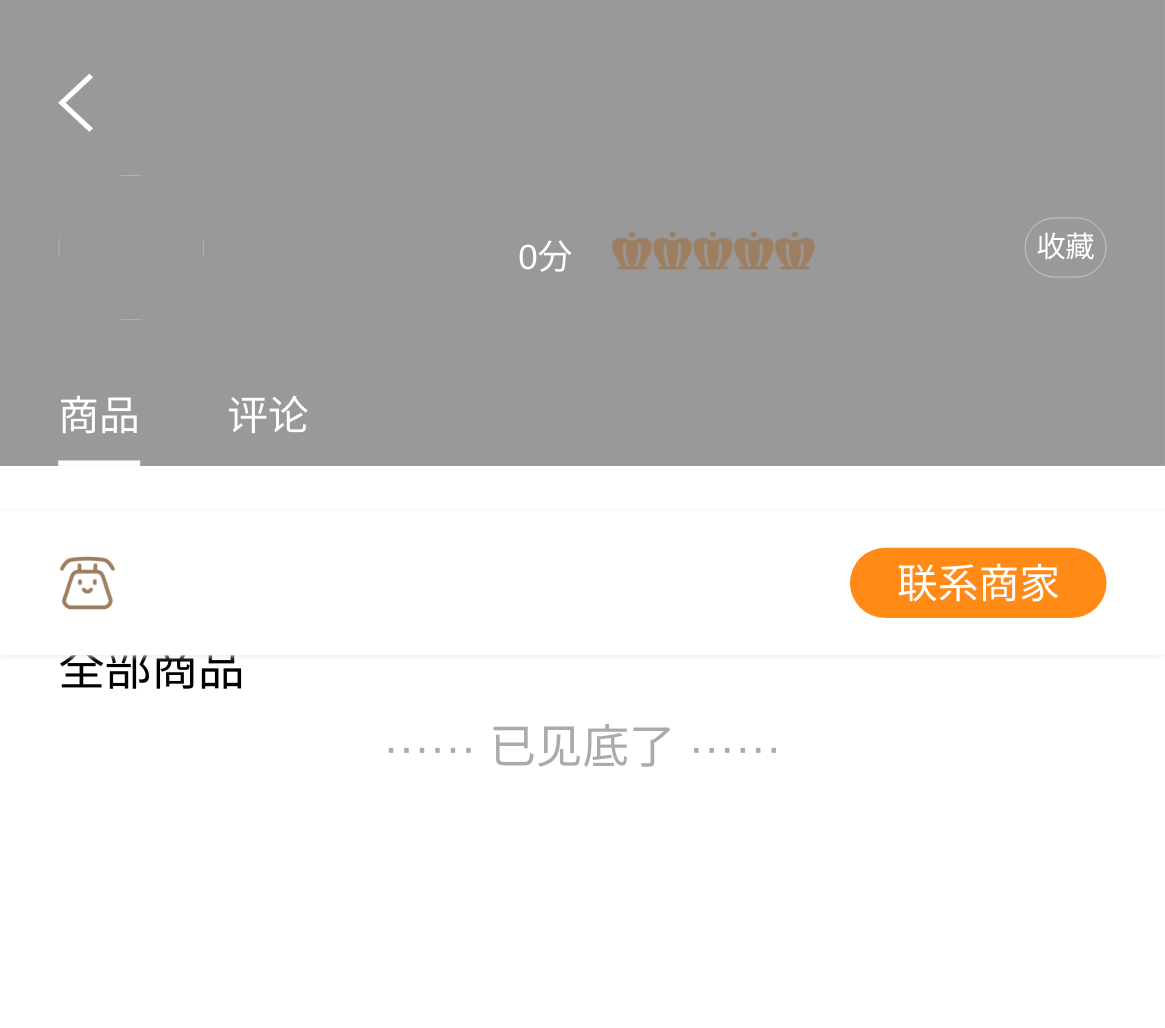
Repository: missing-star/rockBridge
Page: shop-detail.html
These files come from the project's save history. The page is drawn as it stood at one moment and after the next save; the edit follows.
The browser window is 1280 px wide. The pictures show the whole page, at 91% of full size.
The page's requests for data from a server got no answer.

Above is the page before, as saved 2019-05-23 15:38:02.

### shop-detail.html
<!DOCTYPE html>
<html lang="en">

<head>
    <meta charset="UTF-8">
    <meta name="viewport" content="width=device-width, initial-scale=1.0, user-scalable=no,maximum-scale=1.0">
    <meta http-equiv="X-UA-Compatible" content="ie=edge">
    <meta http-equiv="Expires" content="0">
    <meta http-equiv="Pragma" content="no-cache">
    <meta http-equiv="Cache-control" content="no-cache">
    <meta http-equiv="Cache" content="no-cache">
    <link rel="stylesheet" href="assets/mui/css/mui.min.css?v=1.2.6">
    <link rel="stylesheet" href="css/common.css?v=1.2.6">
    <link rel="stylesheet" href="css/shop-detail.css?v=1.2.6">
    <title>叠石桥</title>
    <!--
        店铺详情
    -->
</head>

<body>
    <div id="app">
        <!--顶部搜索栏-->
        <header class="mui-bar mui-bar-nav">
            <div class="bg-black">
                <div class="search-group">
                    <i onclick="goBack()" class="mui-icon mui-icon-arrowleft"></i>
                </div>
                <div class="shop-info">
                    <img :src="shopInfo.images" alt="" class="shop-logo">
                    <div class="shop-title">
                        <p class="shop-name">{{shopInfo.title}}</p>
                        <p class="shop-level">
                            <span class="shop-score">{{score}}分</span>
                            <span class="shop-level-icon">
                                <img v-for="n in score" class="img-level" src="imgs/crown-active.png" alt="">
                                <img class="img-level" v-for="n in (5-score)" src="imgs/crown.png" alt="">
                            </span>
                        </p>
                    </div>
                    <button @click="collect(isCollection)" class="follow" :class="{active:isCollection}">
                        <template v-if="isCollection == 1">已收藏</template>
                        <template v-else>收藏</template>
                    </button>
                </div>
                <ul class="tab-list">
                    <li class="tab-item active" data-tab-id="0">商品</li>
                    <li class="tab-item" data-tab-id="1">评论</li>
                </ul>
            </div>
        </header>
        <div class="mui-content">
            <div class="tab-content" :class="{active:showTab == 0}">
                <!--人气推荐-->
                <p class="business-top-title">
                    人气推荐
                </p>
                <div class="slider-business">
                    <div @click="getDetail(shops.id)" v-for="shops in hotList" class="slider-business-item">
                        <img :src="shops.images | filterImg" />
                        <p class="business-item-title ellipsis">{{shops.title}}</p>
                        <p class="business-item-content">{{shops.price}}</p>
                    </div>
                </div>
                <!--全部商品-->
                <p class="class-title">全部商品</p>
                <div class="have-good-goods">
                    <div @click="getDetail(shops.id)" v-for="shops in allList" class="goods-item">
                        <img class="goods-img" :src="shops.images | filterImg" />
                        <div class="goods-info">
                            <p>
                                <span class="ellipsis">{{shops.title}}</span>
                                <span class="eye-container"><img class="view-num"
                                        src="imgs/eye.png" />{{shops.click_num}}</span>
                            </p>
                            <p>
                                <span class="goods-price">￥ {{shops.price}}</span>
                                <button class="reserve">查看</button>
                            </p>
                        </div>
                    </div>
                </div>
                <div class="bottom-line">
                    ······ 已见底了 ······
                </div>
            </div>
            <div class="tab-content goods" :class="{active:showTab == 1}">
                <div class="comments-score">
                    <div class="score-show">
                        <p class="score">{{commentsInfo.shop_review}}</p>
                        <p class="title">综合评分</p>
                    </div>
                    <div class="star-container">
                        <p class="score-star">
                            <span class="title">评分</span>
                            <img class="comments-icon" v-for="n in commentsInfo.shop_review" src="imgs/star-high.png"
                                alt="">
                            <img class="comments-icon" v-for="n in (5 - commentsInfo.shop_review)" src="imgs/star.png"
                                alt="">
                            <span class="num">{{commentsInfo.shop_review}}</span>
                        </p>
                        <p class="score-star">
                            <span class="title">服务</span>
                            <img class="comments-icon" v-for="n in commentsInfo.shop_quality" src="imgs/star-high.png"
                                alt="">
                            <img class="comments-icon" v-for="n in (5 - commentsInfo.shop_quality)" src="imgs/star.png"
                                alt="">
                            <span class="num">{{commentsInfo.shop_quality}}</span>
                        </p>
                    </div>
                    <div class="good-percent">
                        <p class="number">{{commentsInfo.service_ratio}}%</p>
                        <p class="title">好评率</p>
                    </div>
                </div>
                <!--
                    评论列表
                -->
                <ul class="comments-list">
                    <li v-for="item in commentsList" class="comments-item">
                        <div class="user-info">
                            <div class="left-part">
                                <img :src="item.hed_images" alt="" class="user-logo">
                                <p class="user-nickname">
                                    <span class="username">{{item.nickname}}</span>
                                    <span class="score">
                                        评分
                                        <img v-for="n in item.service" class="comments-icon" src="imgs/star-high.png"
                                            alt="">
                                        <img class="comments-icon" v-for="n in (5 - item.service)" src="imgs/star.png"
                                            alt="">
                                    </span>
                                </p>
                            </div>
                            <div class="right-part">
                                <p class="show-date">
                                    {{item.create_at}}
                                </p>
                                <!-- <p class="like">
                                    <img src="imgs/like.png" class="like-icon" alt="">
                                    <span class="like-num">123</span>
                                </p> -->
                            </div>
                        </div>
                        <div class="comments-content">
                            {{item.content}}
                        </div>
                        <div class="show-imgs">
                            <img v-for="img in item.images" :src="img" class="show-img-item">
                        </div>
                        <!-- <div class="shop-reply">
                            商家回复内容大幅度搜佛菩萨单 商家回复内容大幅度搜佛菩萨单 商家回复内容大幅度搜佛菩萨单 商家回复内容大幅度搜佛菩萨单 商家回复内容大幅度搜佛菩萨单 商家回复内容大幅度搜佛菩萨单
                        </div> -->
                    </li>
                </ul>
                <button @click="goToComments" class="comments-btn">去评论</button>
                <div class="bottom-line comments">
                    ······ 已见底了 ······
                </div>
            </div>
        </div>
        <div class="search-page" :class={active:isFadeIn,'slide-out':isFadeOut}>
            <header>
                <img @click="hideSearch" src="imgs/icon-back.png" class="icon-back" />
                <form class="input-group">
                    <input placeholder="输入商品或商店名称" v-model="keyword" id="search" class="search-page-input" type="text">
                    <img v-show="keyword.length != 0" @click="clearInput" class="clear-icon" src="imgs/clear.png" />
                </form>
                <span @click="hideSearch" class="cancel-search">搜索</span>
            </header>
            <!--历史搜索-->
            <div class="search-history">
                <header class="history-header">
                    <p class="search-history-title">历史搜索</p>
                    <img @click="clearHistory" src="imgs/delete.png" class="icon-delete" />
                </header>
                <ul class="history-list">
                    <li v-for="item in historyList" class="list-item">{{item}}</li>
                </ul>
            </div>
        </div>
        <!-- 联系商家 -->
        <div class="contact-business-wrapper">
            <p class="phone-number-wrapper">
                <img src="imgs/phone.png" alt="电话" class="phone-icon">
                <span class="phone-number">{{shopInfo.landline}}</span>
            </p>
            <a href="tel:025-85123654" class="contact-business-btn">联系商家</a>
        </div>
    </div>
    <script src="assets/vue/vue.min.js?v=1.2.6"></script>
    <script src="assets/jquery/jquery.min.js?v=1.2.6"></script>
    <script src="assets/mui/js/mui.min.js?v=1.2.6"></script>
    <script src="js/common.js?v=1.2.6"></script>
    <script src="js/shop-detail.js?v=1.2.6"></script>
</body>

</html>

### css/common.css
html,
body,
.mui-content {
    font-size: calc(100vw / 20);
    background: #ffffff;
}
*{
    word-break: break-all;
}
div.mui-content {
    padding: 1rem;
}

header.mui-bar.mui-bar-nav {
    background: #ffffff;
    -webkit-box-shadow: none;
            box-shadow: none;
}

nav.mui-bar.mui-bar-tab {
    background: #ffffff;
    -webkit-box-shadow: 0 0 6px 0 rgba(0, 0, 0, 0.15);
            box-shadow: 0 0 6px 0 rgba(0, 0, 0, 0.15);
}

nva.mui-bar-tab span.mui-tab-label {
    color: #9d7e60;
}

.mui-bar-tab .mui-tab-item.mui-active {
    color: #5f4831;
}

img.mui-icon.nav-bar-icon.active {
    display: inline;
}

img.mui-icon.nav-bar-icon {
    display: none;
}

p {
    margin: 0;
}

input[type=color],
input[type=date],
input[type=datetime-local],
input[type=datetime],
input[type=email],
input[type=month],
input[type=number],
input[type=password],
input[type=search],
input[type=tel],
input[type=text],
input[type=time],
input[type=url],
input[type=week],
select,
textarea {
    margin-bottom: 0;
    width: auto;
    height: auto;
    border: none;
    -webkit-box-flex: 1;
        -ms-flex: 1;
            flex: 1;
    font-size: 0.8rem;
}

input::-webkit-input-placeholder {
    color: #c2c2c2;
}

nav.mui-bar.mui-bar-tab a.mui-tab-item {
    -ms-touch-action: none;
        touch-action: none;
    height: 100%;
}

nav.mui-bar.mui-bar-tab {
    height: 3rem;
}

.mui-bar-tab .mui-tab-item .mui-icon {
    top: 3px;
    width: 1.2rem;
    height: 1.2rem;
    padding-top: 0;
    padding-bottom: 0;
    margin-bottom: 0.1rem;
}

.mui-bar-tab .mui-tab-item .mui-icon~.mui-tab-label {
    font-size: 0.5rem;
    line-height: 1rem;
}

.mui-bar-tab~.mui-content {
    padding-top: 2.5rem;
    padding-bottom: 3rem;
}

button.submit {
    background: #9d7e60;
    width: 100%;
    border: none;
    border-radius: 1rem;
    font-size: 1rem;
    line-height: 1rem;
    color: #fff;
    margin-top: 1rem;
    height: 2rem;
}

button.mui-btn.mui-btn-blue.mui-poppicker-btn-ok,
button.mui-btn.mui-btn-blue {
    color: #ff8b16;
    background: transparent;
    border: none;
    font-size: 1rem;
}

.mui-poppicker-header,
.mui-dtpicker-header {
    border-radius: 0.3rem 0.3rem 0 0;
}

button.mui-btn.mui-poppicker-btn-cancel,
.mui-dtpicker-header button {
    color: #aaaaaa;
    border: none;
    background: transparent;
    font-size: 1rem;
}

button.mui-btn.mui-poppicker-btn-cancel>img,
.mui-dtpicker-header button>img {
    width: 1rem;
}

.mui-picker-inner,
.mui-picker {
    background: #fcfcfc;
    -webkit-mask-box-image: none;
    border-radius: 0 0 0.3rem 0.3rem;
}

.mui-poppicker-body {
    border: none;
    border-radius: 0 0 0.3rem 0.3rem;
}

button.mui-btn {
    color: #aaaaaa;
    border-color: #aaaaaa;
}

.mui-dtpicker-header {
    background: #ffffff;
}

.mui-dtpicker-title h5 {
    display: none;
}

span.mui-popup-button.mui-popup-button-bold {
    color: #FF8B16;
}

span.mui-popup-button {
    color: #aaaaaa;
}

[v-cloak] {
    display: none !important;
}

.mui-poppicker.mui-active,
.mui-dtpicker.mui-active {
    margin: 0.5rem;
    width: calc(100% - 1rem);
    border-radius: 0.3rem;
}

.popicker-title,
.dt-popicker-title {
    -webkit-box-flex: 1;
        -ms-flex: 1;
            flex: 1;
    text-align: center;
    font-size: 1rem;
    color: #000000;
}

.mui-poppicker-header,
.mui-dtpicker-header {
    display: -webkit-box;
    display: -ms-flexbox;
    display: flex;
    -webkit-box-align: center;
        -ms-flex-align: center;
            align-items: center;
    -webkit-box-pack: justify;
        -ms-flex-pack: justify;
            justify-content: space-between;
    background: #eeeeee;
}

.mui-pciker-list li {
    color: #b19c88;
}

.mui-pciker-list li.highlight {
    color: #5f4831;
}

.mui-pciker-rule-ft {
    z-index: 2;
    border-top: solid 1px #ced7de;
    border-bottom: solid 1px #ced7de;
}


input::-webkit-outer-spin-button,
input::-webkit-inner-spin-button {

    -webkit-appearance: none !important;
}

input[type="number"] {
    -moz-appearance: textfield;
}
.ellipsis{
    white-space: nowrap;
    overflow: hidden;
    text-overflow: ellipsis;
}
/* 联系商家 */
.contact-business-wrapper {
    position: fixed;
    bottom: 0;
    width: 100%;
    height: 2.5rem;
    background: #FFFFFF;
    border-top: 1px solid #f6f6f6;
    -webkit-box-shadow: 0 2px 6px 0 #EBEBEB;
            box-shadow: 0 2px 6px 0 #EBEBEB;
    display: -webkit-box;
    display: -ms-flexbox;
    display: flex;
    -webkit-box-align: center;
        -ms-flex-align: center;
            align-items: center;
    -webkit-box-pack: justify;
        -ms-flex-pack: justify;
            justify-content: space-between;
    padding: 0 1rem;
}
span.phone-number {
    color: #9e7f62;
    font-size: 0.8rem;
}
a.contact-business-btn,span.contact-business-btn {
    background: #ff8a16;
    color: #fff;
    font-size: 0.7rem;
    border-radius: 1rem;
    padding: 0.1rem 0.8rem;
    line-height: 1rem;
}
p.phone-number-wrapper {
    display: -webkit-box;
    display: -ms-flexbox;
    display: flex;
    -webkit-box-align: center;
        -ms-flex-align: center;
            align-items: center;
    -webkit-box-pack: justify;
        -ms-flex-pack: justify;
            justify-content: space-between;
    min-width: 28%;
}
img.phone-icon {
    width: 1rem;
}

Loaded but not shown: assets/mui/css/mui.min.css (library); assets/vue/vue.min.js (library); assets/jquery/jquery.min.js (library); assets/mui/js/mui.min.js (library); js/shop-detail.js (193 lines, source omitted); js/common.js (216 lines, source omitted); css/shop-detail.css (656 lines, source omitted)

After the next save:
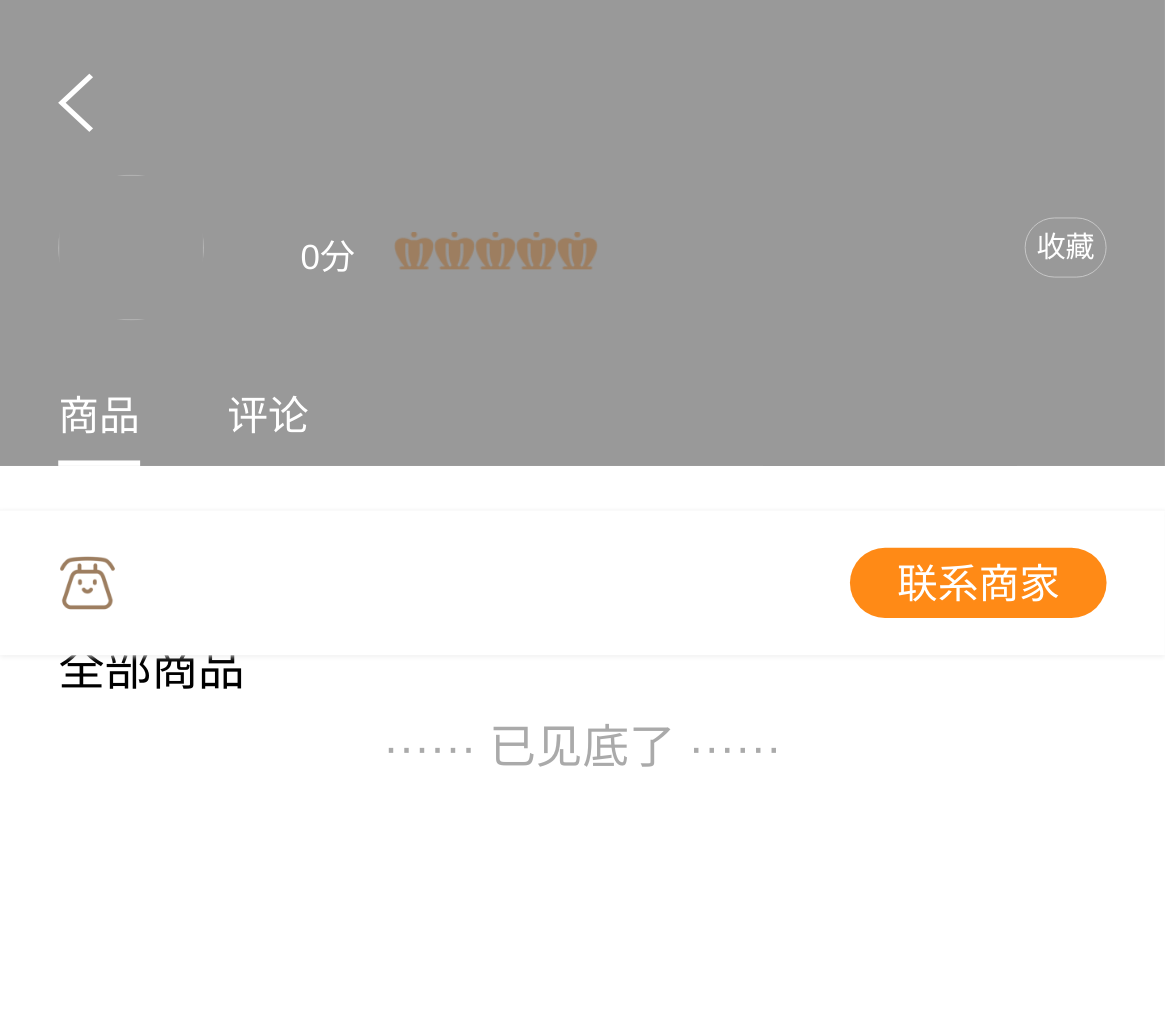
Saved 11 s later.
--- a/shop-detail.html
+++ b/shop-detail.html
@@ -27,16 +27,18 @@
                     <i onclick="goBack()" class="mui-icon mui-icon-arrowleft"></i>
                 </div>
                 <div class="shop-info">
-                    <img :src="shopInfo.images" alt="" class="shop-logo">
-                    <div class="shop-title">
-                        <p class="shop-name">{{shopInfo.title}}</p>
-                        <p class="shop-level">
-                            <span class="shop-score">{{score}}分</span>
-                            <span class="shop-level-icon">
-                                <img v-for="n in score" class="img-level" src="imgs/crown-active.png" alt="">
-                                <img class="img-level" v-for="n in (5-score)" src="imgs/crown.png" alt="">
-                            </span>
-                        </p>
+                    <div class="left-part-wrapper">
+                        <img :src="shopInfo.images" alt="" class="shop-logo">
+                        <div class="shop-title">
+                            <p class="shop-name">{{shopInfo.title}}</p>
+                            <p class="shop-level">
+                                <span class="shop-score">{{score}}分</span>
+                                <span class="shop-level-icon">
+                                    <img v-for="n in score" class="img-level" src="imgs/crown-active.png" alt="">
+                                    <img class="img-level" v-for="n in (5-score)" src="imgs/crown.png" alt="">
+                                </span>
+                            </p>
+                        </div>
                     </div>
                     <button @click="collect(isCollection)" class="follow" :class="{active:isCollection}">
                         <template v-if="isCollection == 1">已收藏</template>
